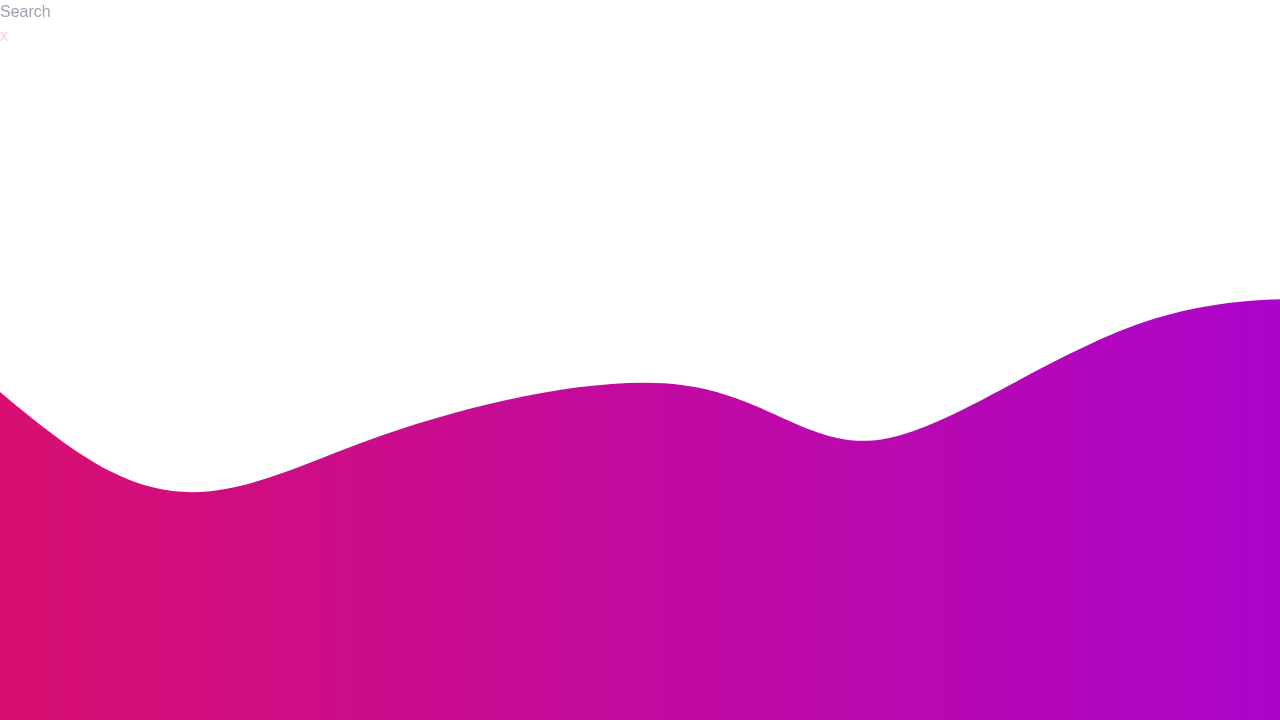
Repository: evergreenx/dictionary-octo
Page: /
An editor plug-in stored every save of this project. The page is shown before and after a run of saves, followed by the edit.
The browser window is 1280 px wide. The pictures show the whole page.
The project was rebuilt for these pictures with package versions that can differ from the ones it lists, and the page was loaded fresh each time. The framework's server and built-in components were replaced by stand-ins that run in the browser. Also part of the build but not shown: next.config.js.

Above is the page before, as saved 2022-04-30 14:44:37.

### pages/index.js
import Head from "next/head";
import Image from "next/image";
import bgimage from "../public/bg.svg";

export default function Home() {
  return (
    <div >
      <Head>
        <title>Create Next App</title>
        <meta name="description" content="Generated by create next app" />
        <link rel="icon" href="/favicon.ico" />
      </Head>

      <main className="text-red-200">

        <div className="input--container">

          <input className="input--text" type="text" placeholder="Search" />



        </div>



x      </main>
    </div>
  );
}

### styles/globals.css
@tailwind base;
@tailwind components;
@tailwind utilities;

@import url("https://fonts.googleapis.com/css2?family=Quicksand&display=swap");


body {
  padding: 0;
  margin: 0;
  font-family: "Quicksand", sans-serif;
  background-image: url("../public/bg.svg");
  background-repeat: no-repeat;
  background-size: cover;
  background-position: bottom;
  height: 100vh;
}

a {
  color: inherit;
  text-decoration: none;
}

* {
  box-sizing: border-box;
}

Loaded but not shown: pages/_app.js (common file); tailwind.config.js (common file)

After the next 2 saves:
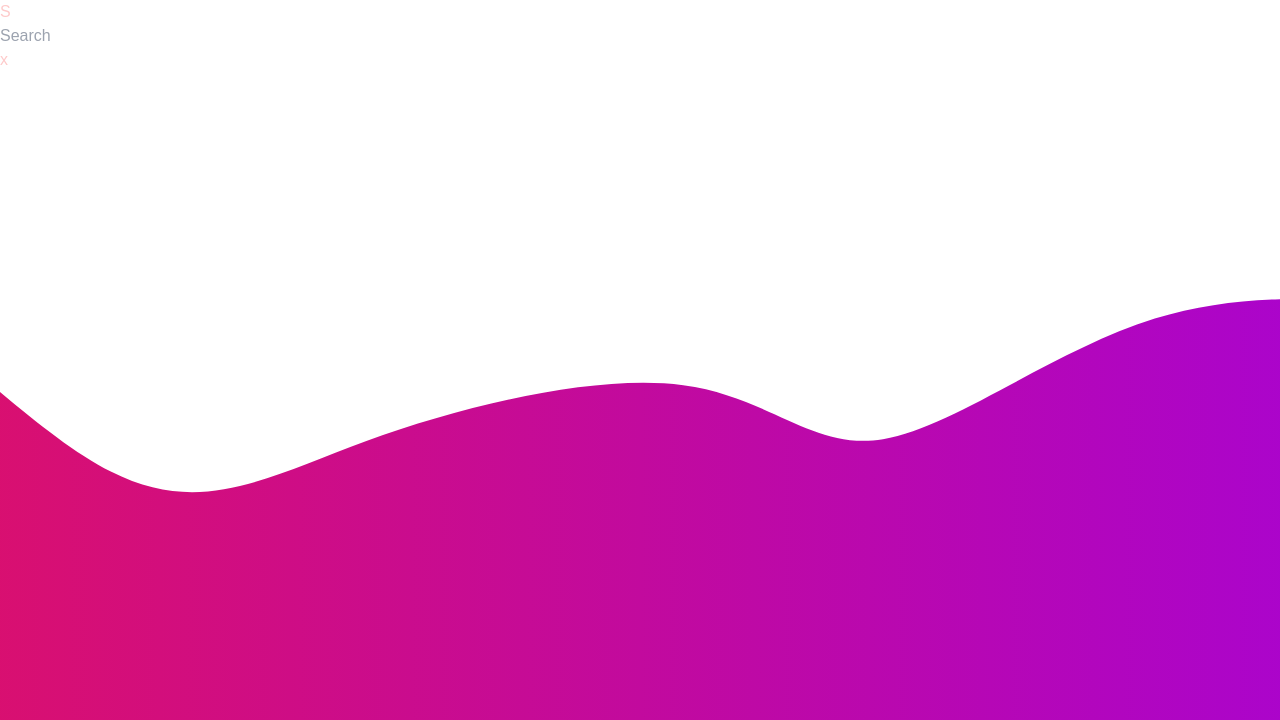
The 2 saves are shown as one change because they came seconds apart.
The last was saved 74 s later.
--- a/pages/index.js
+++ b/pages/index.js
@@ -15,6 +15,10 @@ export default function Home() {
 
         <div className="input--container">
 
+          <h1>
+            S
+          </h1>
+
           <input className="input--text" type="text" placeholder="Search" />
 
 
